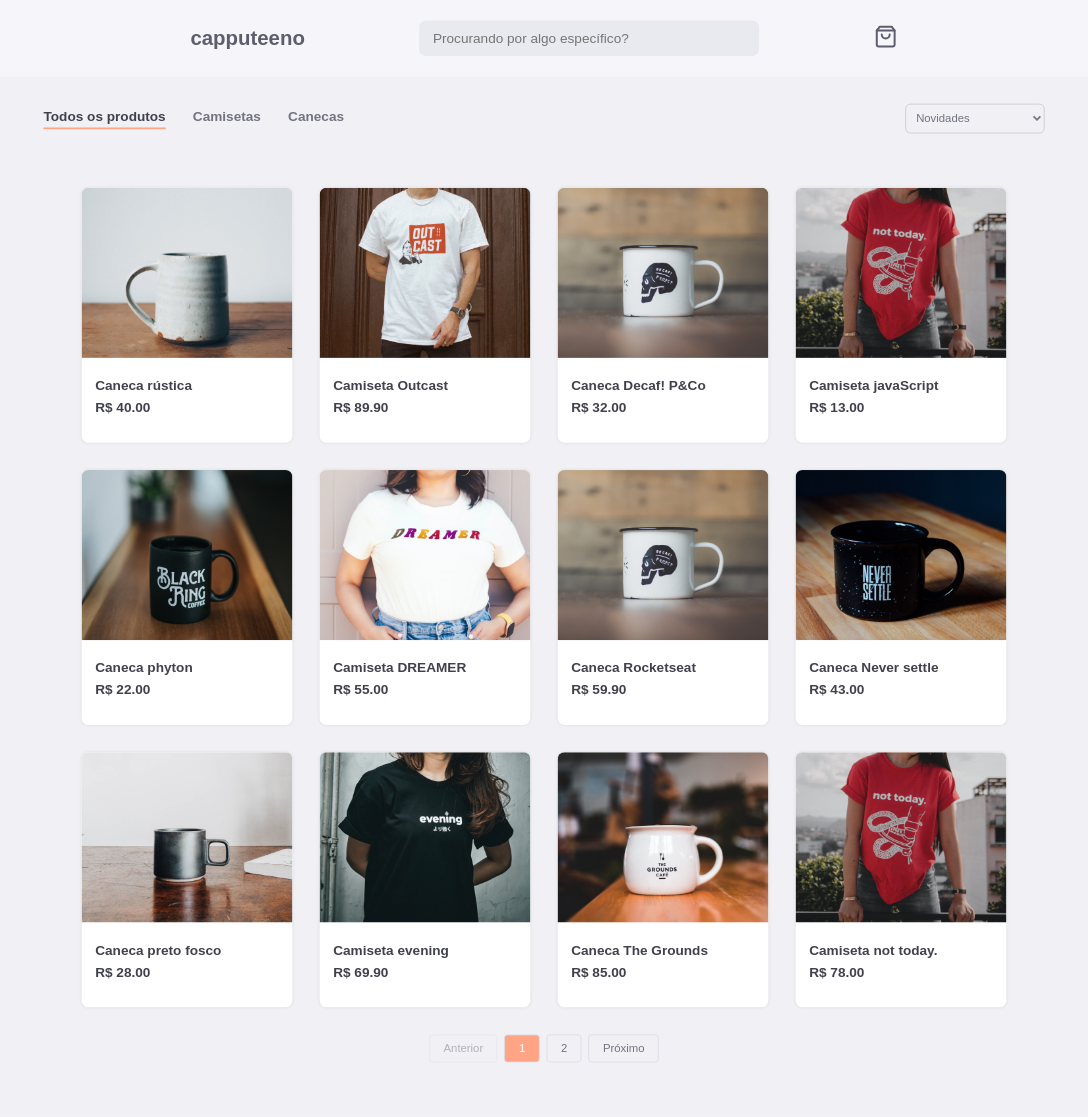
Repository: Biel-barbosa/capputeenoecomerce
Page: /
These files come from the project's save history. The page is drawn as it stood at one moment and after the next save; the edit follows.
The browser window is 1280 px wide. The pictures show the whole page, at 85% of full size.
The project was rebuilt for these pictures with package versions that can differ from the ones it lists, and the page was loaded fresh each time. The framework's server and built-in components were replaced by stand-ins that run in the browser. Also part of the build but not shown: next.config.ts.

Above is the page before, as saved 2025-04-25 13:45:02.

After the next save:
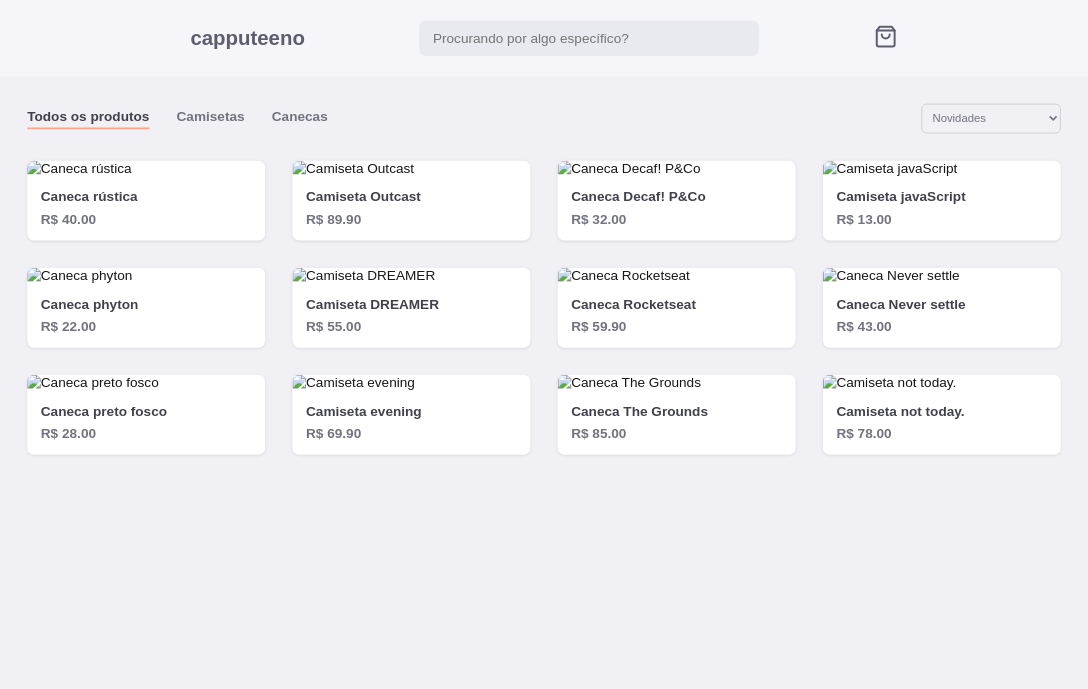
Saved 4 min 1 s later.
--- a/src/app/page.tsx
+++ b/src/app/page.tsx
@@ -8,10 +8,16 @@
 
 const Container = styled.main`
   width: 100%;
-  padding: 2rem 4vw;
+  max-width: 1280px;
+  margin: 0 auto;
+  padding: 2rem 2rem;
   background-color: #f0f0f5;
   min-height: 100vh;
   box-sizing: border-box;
+
+  @media (max-width: 768px) {
+    padding: 1rem;
+  }
 `
 
 const FiltersWrapper = styled.div`
@@ -50,6 +56,47 @@
   padding: 0.5rem;
   border-radius: 6px;
   border: 1px solid #ccc;
+`
+
+const ProductsGrid = styled.div`
+  display: grid;
+  grid-template-columns: repeat(auto-fill, minmax(240px, 1fr));
+  gap: 2rem;
+`
+
+const Card = styled.div`
+  background: #fff;
+  border-radius: 8px;
+  overflow: hidden;
+  box-shadow: 0 1px 4px rgba(0,0,0,0.1);
+  transition: transform 0.2s ease, box-shadow 0.2s ease;
+
+  &:hover {
+    transform: scale(1.03);
+    box-shadow: 0 4px 12px rgba(0,0,0,0.15);
+  }
+
+  img {
+    width: 100%;
+    height: auto;
+    object-fit: cover;
+  }
+
+  div {
+    padding: 1rem;
+  }
+
+  h3 {
+    margin: 0;
+    font-size: 1rem;
+    color: #41414D;
+  }
+
+  p {
+    margin: 0.5rem 0 0;
+    color: #737380;
+    font-weight: 600;
+  }
 `
 
 const HomePage = () => {
@@ -120,12 +167,17 @@
           </SortSelect>
         </FiltersWrapper>
 
-        <ProductsList
-          products={paginatedProducts}
-          currentPage={currentPage}
-          totalPages={totalPages}
-          onPageChange={setCurrentPage}
-        />
+        <ProductsGrid>
+          {paginatedProducts.map((product) => (
+            <Card key={product.id}>
+              <img src={product.imageUrl} alt={product.title} />
+              <div>
+                <h3>{product.title}</h3>
+                <p>R$ {product.price.toFixed(2)}</p>
+              </div>
+            </Card>
+          ))}
+        </ProductsGrid>
       </Container>
     </>
   )

After the 4 saves that followed:
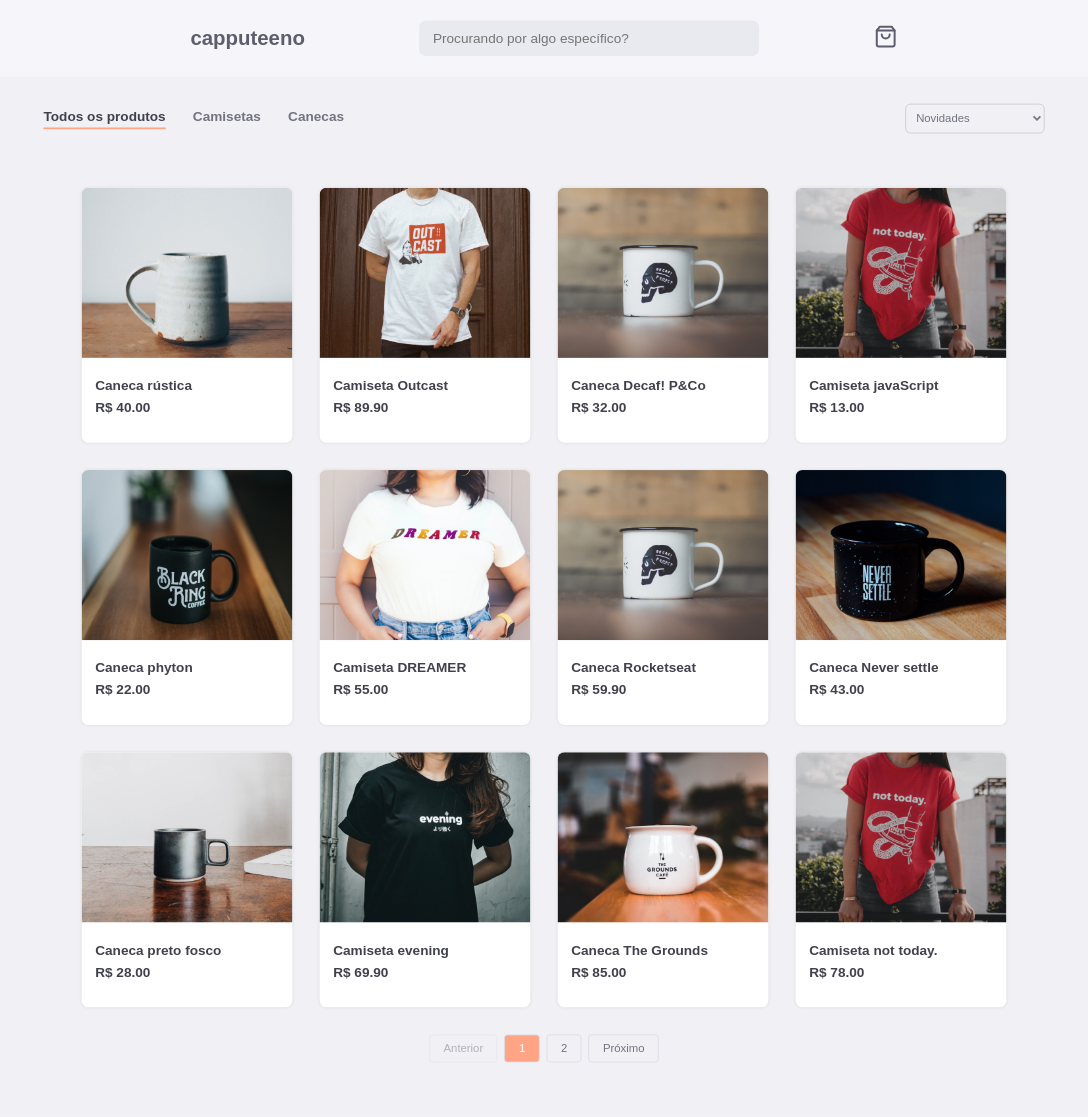
The 4 saves are shown as one change because 2 did not build or start and 1 left the picture as it was.
The last was saved 4 min 23 s later.
--- a/src/app/page.tsx
+++ b/src/app/page.tsx
@@ -8,16 +8,10 @@
 
 const Container = styled.main`
   width: 100%;
-  max-width: 1280px;
-  margin: 0 auto;
-  padding: 2rem 2rem;
+  padding: 2rem 4vw;
   background-color: #f0f0f5;
   min-height: 100vh;
   box-sizing: border-box;
-
-  @media (max-width: 768px) {
-    padding: 1rem;
-  }
 `
 
 const FiltersWrapper = styled.div`
@@ -56,47 +50,6 @@
   padding: 0.5rem;
   border-radius: 6px;
   border: 1px solid #ccc;
-`
-
-const ProductsGrid = styled.div`
-  display: grid;
-  grid-template-columns: repeat(auto-fill, minmax(240px, 1fr));
-  gap: 2rem;
-`
-
-const Card = styled.div`
-  background: #fff;
-  border-radius: 8px;
-  overflow: hidden;
-  box-shadow: 0 1px 4px rgba(0,0,0,0.1);
-  transition: transform 0.2s ease, box-shadow 0.2s ease;
-
-  &:hover {
-    transform: scale(1.03);
-    box-shadow: 0 4px 12px rgba(0,0,0,0.15);
-  }
-
-  img {
-    width: 100%;
-    height: auto;
-    object-fit: cover;
-  }
-
-  div {
-    padding: 1rem;
-  }
-
-  h3 {
-    margin: 0;
-    font-size: 1rem;
-    color: #41414D;
-  }
-
-  p {
-    margin: 0.5rem 0 0;
-    color: #737380;
-    font-weight: 600;
-  }
 `
 
 const HomePage = () => {
@@ -167,17 +120,12 @@
           </SortSelect>
         </FiltersWrapper>
 
-        <ProductsGrid>
-          {paginatedProducts.map((product) => (
-            <Card key={product.id}>
-              <img src={product.imageUrl} alt={product.title} />
-              <div>
-                <h3>{product.title}</h3>
-                <p>R$ {product.price.toFixed(2)}</p>
-              </div>
-            </Card>
-          ))}
-        </ProductsGrid>
+        <ProductsList
+          products={paginatedProducts}
+          currentPage={currentPage}
+          totalPages={totalPages}
+          onPageChange={setCurrentPage}
+        />
       </Container>
     </>
   )
